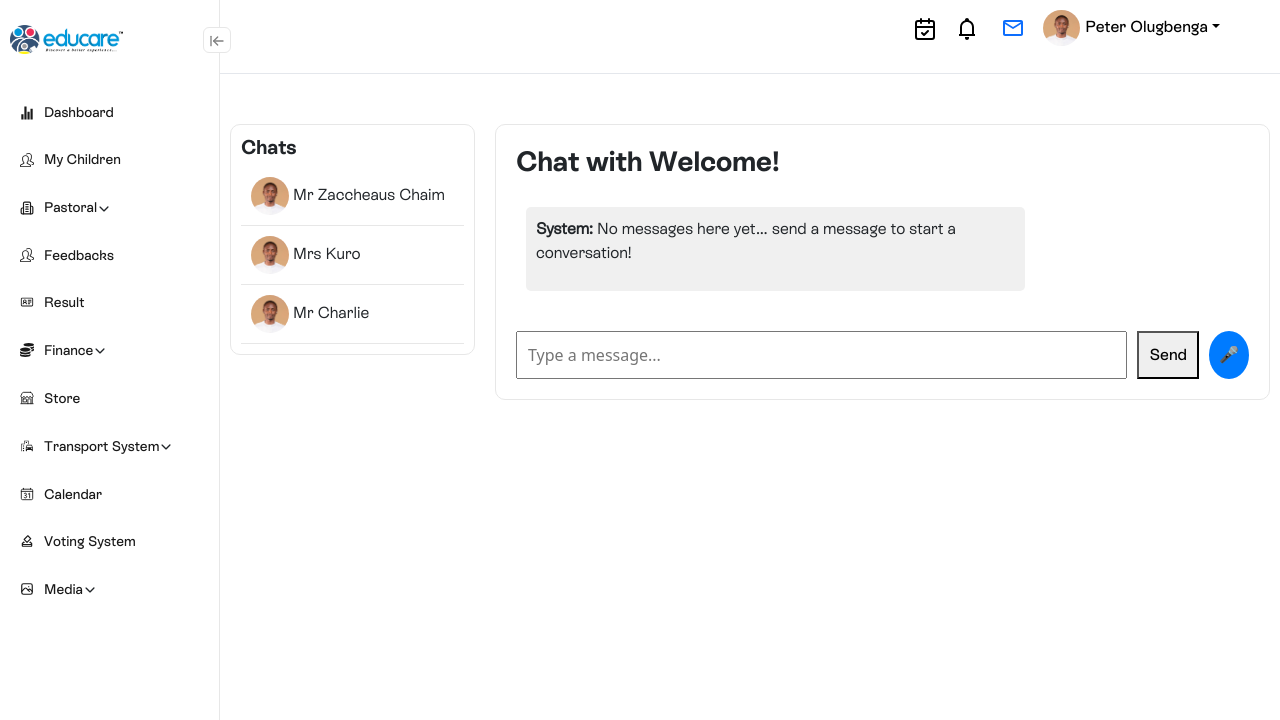
Repository: sarahnnanyelugo/educare-dashboards
Page: /chat-interface
An editor plug-in stored every save of this project. The page is shown before and after the next save, followed by the edit.
The browser window is 1280 px wide. The pictures show the whole page.
The project was rebuilt for these pictures with package versions that can differ from the ones it lists, and the page was loaded fresh each time. Also part of the build but not shown: src/Dashboards/Parents/Feedbacks/feedbacks.scss, src/components/AppTable/table.scss, src/components/AppTable/AppTable.js, src/Utils/DataUtils.js, src/components/Select/select.scss, src/components/Select/Select.js, src/components/Search/search.scss, src/components/Search/Search.js and 50 more.

Above is the page before, as saved 2024-11-27 12:31:51.

After the next save:
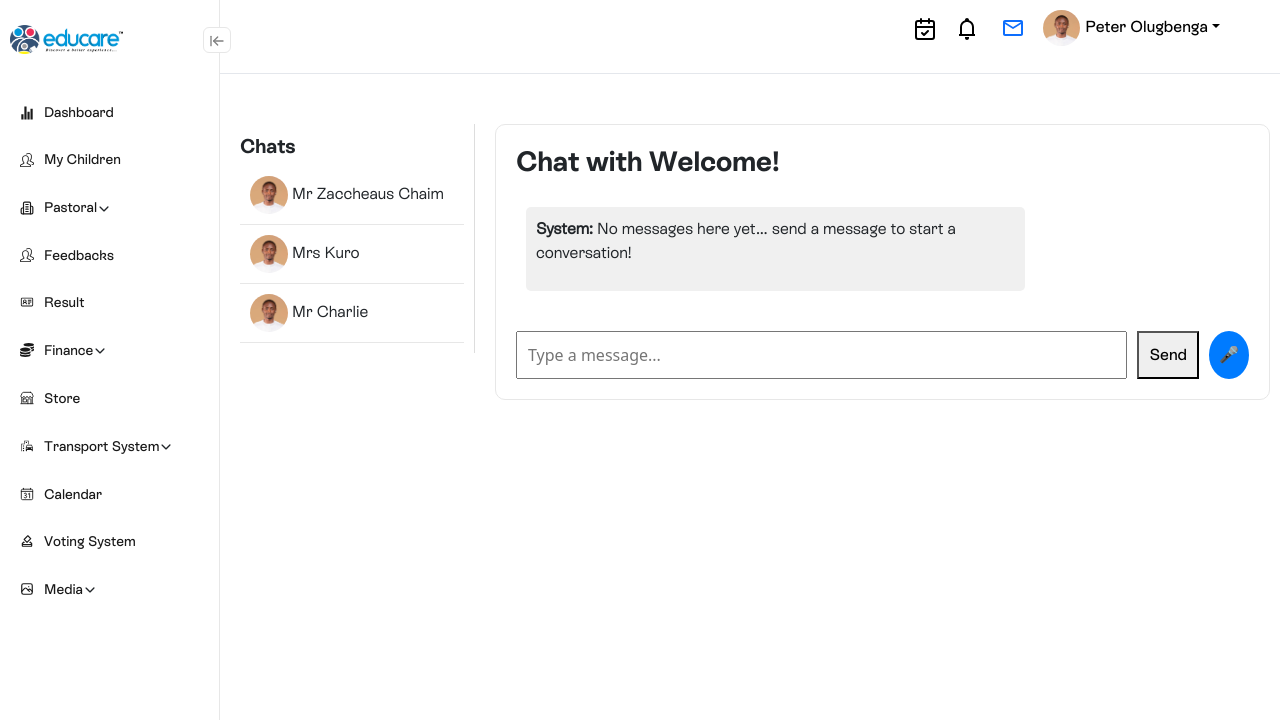
Saved 32 s later.
--- a/src/components/TopNav/ChatInterface/Contacts.js
+++ b/src/components/TopNav/ChatInterface/Contacts.js
@@ -3,7 +3,7 @@
   return (
     <div className="col-md-3 cover">
       {" "}
-      <div className="chat-contacts card col-md-12">
+      <div className="chat-contacts  col-md-12">
         <h5>Chats</h5>
         <ul>
           {contacts.map((contact) => (

After the save that followed:
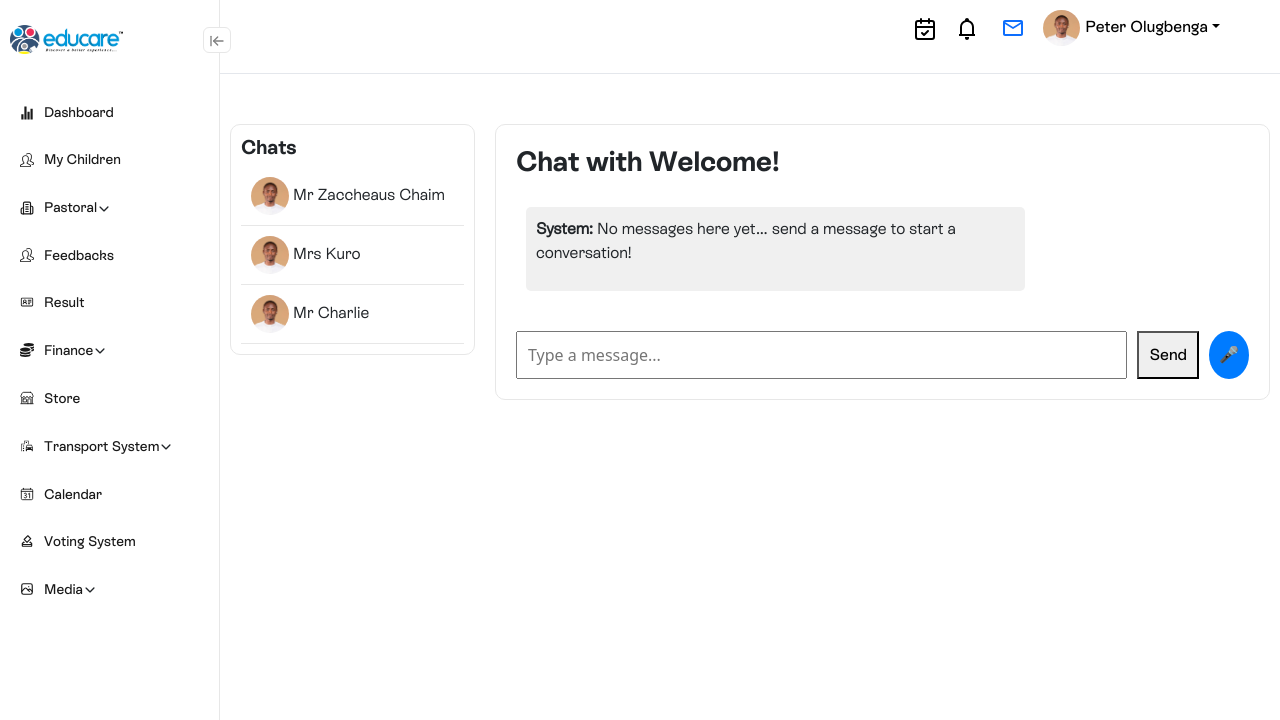
Saved 8 s later.
--- a/src/components/TopNav/ChatInterface/Contacts.js
+++ b/src/components/TopNav/ChatInterface/Contacts.js
@@ -3,7 +3,7 @@
   return (
     <div className="col-md-3 cover">
       {" "}
-      <div className="chat-contacts  col-md-12">
+      <div className="chat-contacts card col-md-12">
         <h5>Chats</h5>
         <ul>
           {contacts.map((contact) => (
